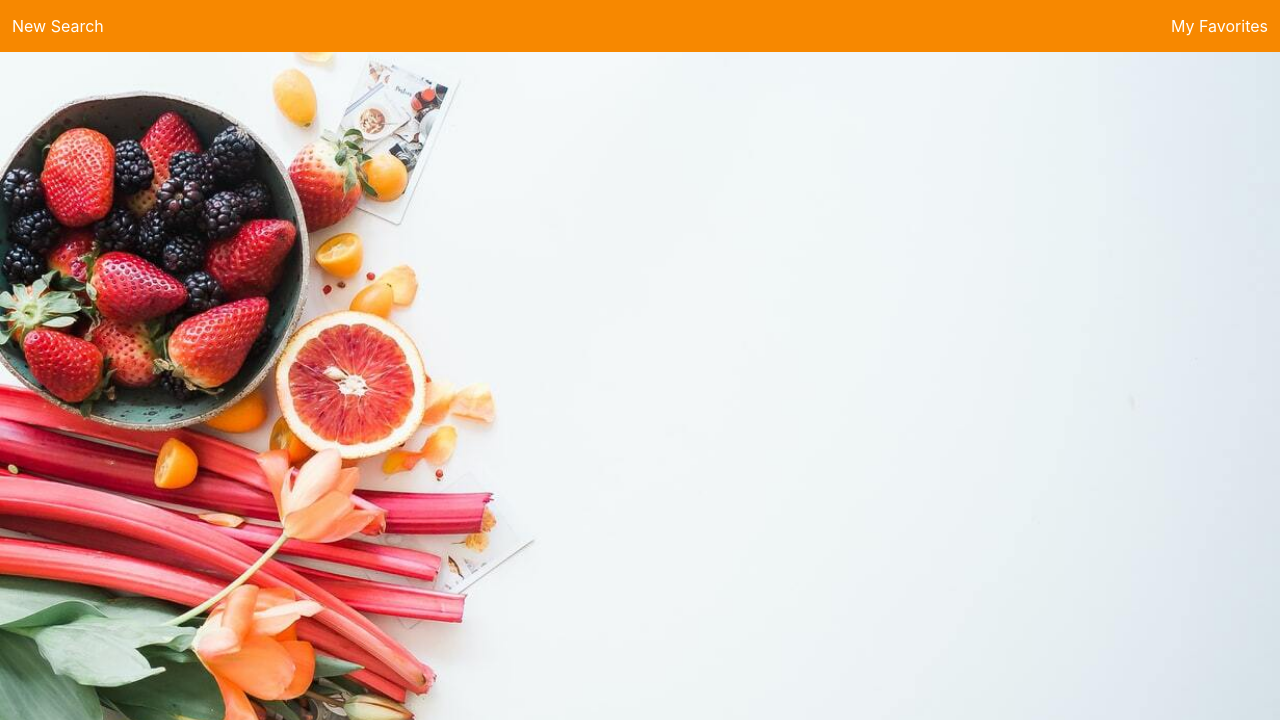
Repository: puakehaulani/the-hungry-app-proj1
Page: results.html
An editor plug-in stored every save of this project. The page is shown before and after the next save, followed by the edit.
The browser window is 1280 px wide. The pictures show the whole page.

Above is the page before, as saved 2020-10-15 19:54:32.

After the next save:
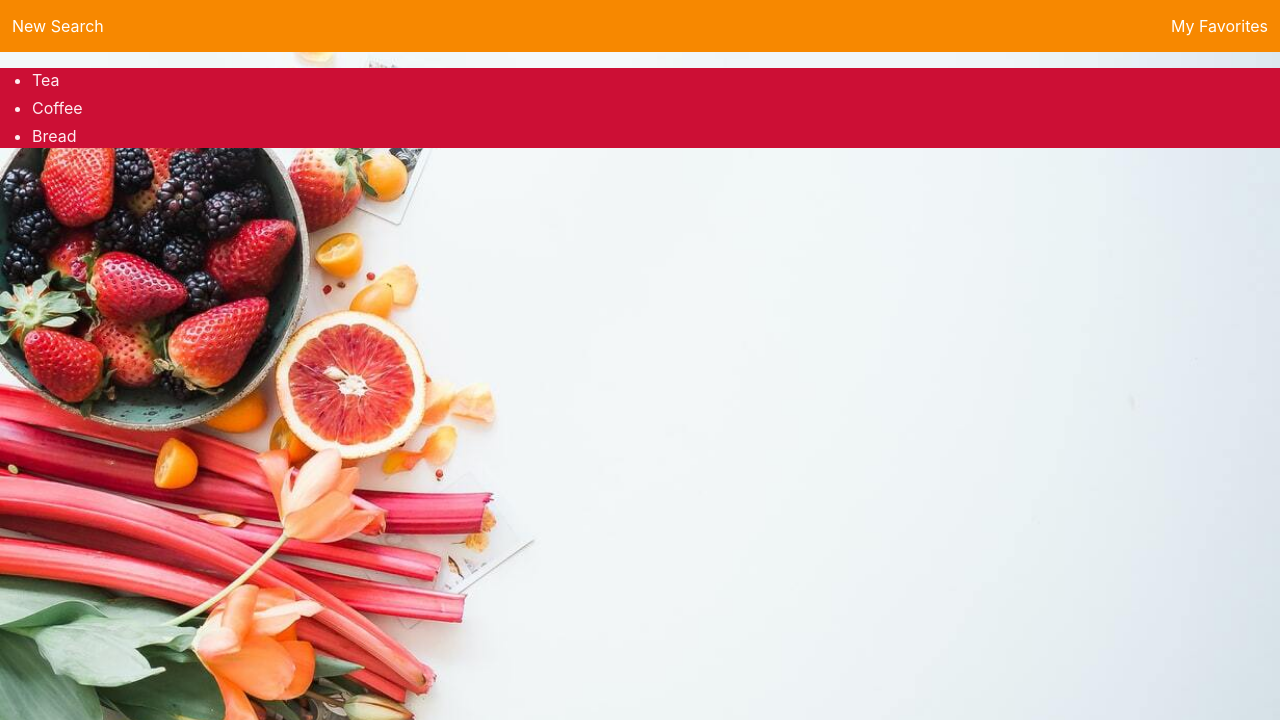
Saved 42 s later.
--- a/results.html
+++ b/results.html
@@ -30,6 +30,9 @@
 
         <div class="content has-text-danger-light has-background-danger-dark ">
           <ul id="display">
+              <li>Tea</li>
+              <li>Coffee</li>
+              <li>Bread</li>
           </ul>
         </div>
 </body>
